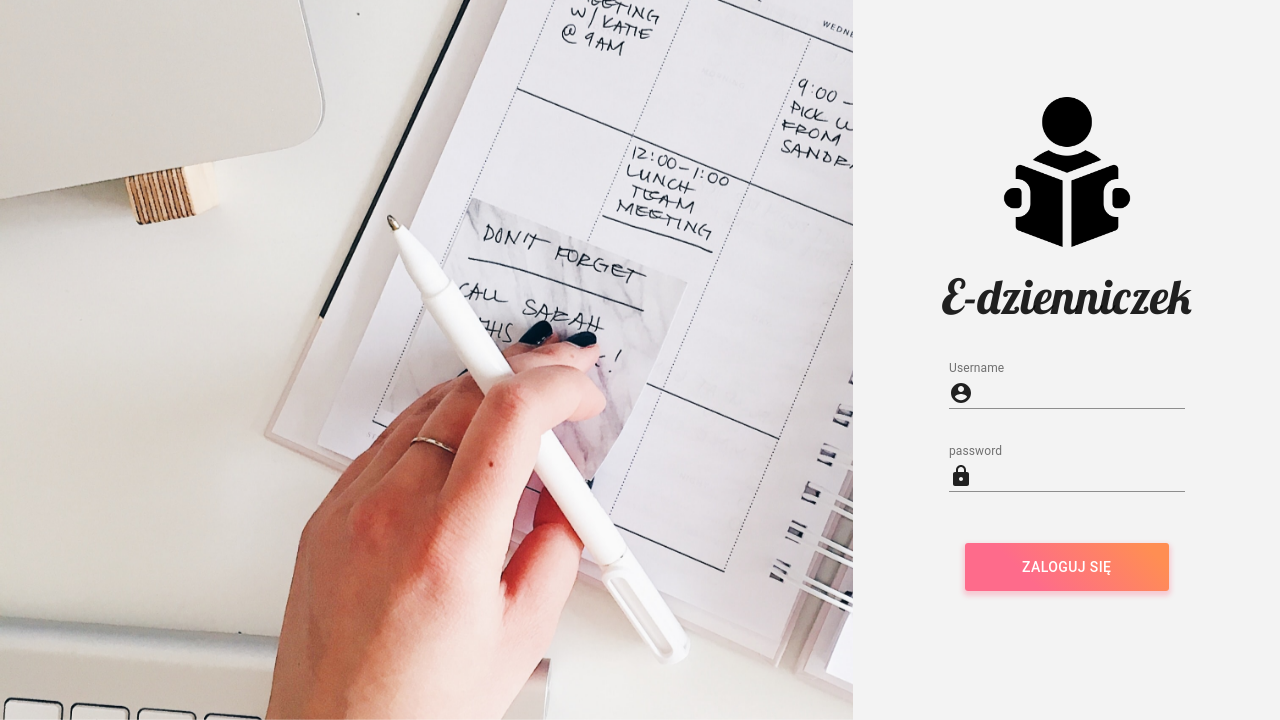
Repository: dominik3131/E-dzienniczek
Page: /
The author's editor kept a copy of each file at every save. The page is drawn from the files as they stood at one save, then again after the next save.
The browser window is 1280 px wide. The pictures show the whole page.
The project was rebuilt for these pictures with package versions that can differ from the ones it lists, and the page was loaded fresh each time. Also part of the build but not shown: src/containers/LoginPageContainer/MainUserPageContainer/index.js.

Above is the page before, as saved 2020-11-23 15:13:29.

### public/index.html
<!DOCTYPE html>
<html lang="en">

<head>
  <meta charset="utf-8" />
  <meta name="viewport" content="width=device-width, initial-scale=1" />
  <meta name="theme-color" content="#f3f3f3" />
  <meta name="description" content="Web site created using create-react-app" />
  <link rel="stylesheet" type="text/css" href="//fonts.googleapis.com/css?family=Lobster" />
  <title>React App</title>
</head>

<body>
  <noscript>You need to enable JavaScript to run this app.</noscript>
  <div id="root"></div>
  <!--
      This HTML file is a template.
      If you open it directly in the browser, you will see an empty page.

      You can add webfonts, meta tags, or analytics to this file.
      The build step will place the bundled scripts into the <body> tag.

      To begin the development, run `npm start` or `yarn start`.
      To create a production bundle, use `npm run build` or `yarn build`.
    -->
</body>

</html>

### src/App.js
import "./App.css";
import {
  BrowserRouter as Router,
  Route,
  Switch,
  Redirect,
} from "react-router-dom";
import LoginPageContainer from "./containers/LoginPageContainer";
import MainUserPageContainer from "./containers/LoginPageContainer/MainUserPageContainer";
import { useUserLoggedIn } from "./services/useUserLoggedIn";
import { history } from "./helpers/history";

function App() {
  const authKey = useUserLoggedIn();
  return (
    <div className="App">
      <Router history={history}>
        <Switch>
          <Route exact path={["/", "/login"]}>
            {authKey ? <Redirect to="/users" /> : <LoginPageContainer />}
          </Route>
          <Route exact path="/users">
            {authKey ? <MainUserPageContainer /> : <Redirect to="/" />}
          </Route>
        </Switch>
      </Router>
    </div>
  );
}

export default App;

### src/App.css
*,
*::before,
*::after {
  box-sizing: border-box;
}

body {
  min-width: 280px;
}

.app {
  min-width: 100vw;
  min-height: 100vh;
  overflow: hidden;
}

### src/containers/LoginPageContainer/index.js
import React from "react";
import {
  MuiThemeProvider,
  createMuiTheme,
  makeStyles,
} from "@material-ui/core/styles";
import { CssBaseline, Grid, Box } from "@material-ui/core";
import useMediaQuery from "@material-ui/core/useMediaQuery";
import Typography from "@material-ui/core/Typography";
import background from "../../assets/background.jpg";
import { loginPanel as backgroundPanelColor } from "../../styles/background";
import readingBook from "../../assets/reading-book.png";
import LoginForm from "../../components/LoginForm/LoginForm";
import withLogin from "../../shared/withLogin";

const LoginFormWithHandleErrorAndLoading = withLogin(LoginForm);

const theme = createMuiTheme({
  overrides: {
    MuiCssBaseline: {
      "@global": {
        body: {
          // background: `url(${background}) no-repeat fixed left `,
        },
      },
    },
  },
});

const useStyles = makeStyles((theme) => ({
  provider: {
    background: `url(${background}) no-repeat fixed left `,
    backgroundSize: `100%`,
  },
  root: {
    display: "flex",
    flexDirection: "column",
    justifyContent: "center",
    alignItems: "center",
    minHeight: "100vh",
    width: "100%",
    backgroundColor: backgroundPanelColor,
  },
  img: {
    [theme.breakpoints.down("sm")]: {
      width: "100px",
    },
    [theme.breakpoints.up("sm")]: {
      width: "150px",
    },
  },
  h2: {
    fontFamily: "Lobster, open-sans",
    margin: "5% 0",
  },
}));

const LoginPageContainer = () => {
  const matches = useMediaQuery("(min-width:600px)");
  const classes = useStyles();
  return (
    <MuiThemeProvider theme={theme}>
      <CssBaseline />
      <Grid container justify="flex-end" className={classes.provider}>
        <Grid container item md={4} sm={6}>
          <Box className={classes.root}>
            <img className={classes.img} src={readingBook} alt="Logo" />
            <Typography variant={matches ? "h3" : "h4"} className={classes.h2}>
              E-dzienniczek
            </Typography>
            <LoginFormWithHandleErrorAndLoading />
          </Box>
        </Grid>
      </Grid>
    </MuiThemeProvider>
  );
};

export default LoginPageContainer;

### src/services/useUserLoggedIn.js
import { useSelector } from "react-redux";

export const useUserLoggedIn = () =>
  useSelector((store) => store.auth.isLoggedIn);

### src/styles/background.js
export const loginPanel = "#f3f3f3";
export const gradientBackground =
  "linear-gradient(45deg, #FE6B8B 30%, #FF8E53 90%)";

### src/components/LoginForm/LoginForm.js
import React, { useState } from "react";
import { useSelector } from "react-redux";
import InputAdornment from "@material-ui/core/InputAdornment";
import AccountCircle from "@material-ui/icons/AccountCircle";
import LockRoundedIcon from "@material-ui/icons/LockRounded";
import { TextField } from "@material-ui/core";
import LogOutButton from "../LogOutButton";
import Alert from "@material-ui/lab/Alert";
import { makeStyles } from "@material-ui/core/styles";

const useStyles = makeStyles((theme) => ({
  root: {
    display: "flex",
    flexDirection: "column",
    "& .MuiFormControl-root": {
      margin: theme.spacing(2),
      width: "30ch",
    },
  },
  margin: {
    margin: theme.spacing(4),
  },
}));

const LoginForm = ({ validateErrors, tryLogin, showErrors }) => {
  const [data, setData] = useState({
    username: "",
    password: "",
  });
  const apiErrorsMessage = useSelector((store) => store.message.message);
  const handleChange = (e) =>
    setData({ ...data, [e.target.name]: e.target.value });
  const classes = useStyles();
  return (
    <form className={classes.root} noValidate autoComplete="off">
      {apiErrorsMessage ? (
        <Alert variant="filled" severity="error">
          {apiErrorsMessage}
        </Alert>
      ) : null}
      <TextField
        id="username"
        name="username"
        helperText={showErrors("email")}
        error={validateErrors.email.length > 0 || null}
        label="Username"
        InputProps={{
          startAdornment: (
            <InputAdornment position="start">
              <AccountCircle />
            </InputAdornment>
          ),
        }}
        onChange={handleChange}
      />
      <TextField
        id="password"
        name="password"
        label="password"
        error={validateErrors.password.length > 0 || null}
        helperText={showErrors("password")}
        InputProps={{
          startAdornment: (
            <InputAdornment position="start">
              <LockRoundedIcon />
            </InputAdornment>
          ),
        }}
        type="password"
        onChange={handleChange}
      />
      <LogOutButton
        variant="contained"
        color="primary"
        className={classes.margin}
        onClick={() => tryLogin({ ...data })}
      >
        Zaloguj się
      </LogOutButton>
    </form>
  );
};

export default LoginForm;

### src/shared/withLogin.js
import { React, useState } from "react";
import { useDispatch } from "react-redux";
import { login } from "../actions/auth";
import { loginFieldsValidate } from "../validation/login";
import { useHistory } from "react-router-dom";
import CircularProgress from "@material-ui/core/CircularProgress";

// eslint-disable-next-line import/no-anonymous-default-export
export default (Cmp) => {
  return (props) => {
    const [loading, setLoading] = useState(false);
    const [errors, setErrors] = useState({
      email: [],
      password: [],
    });
    const history = useHistory();
    const dispatch = useDispatch();

    const logIn = ({ username, password }) => {
      setLoading(true);
      const newErrors = loginFieldsValidate(username, password);
      setErrors(newErrors);
      if (newErrors.email.length === 0 && newErrors.password.length === 0) {
        dispatch(login(username, password))
          .finally(() => setLoading(false))
          .then(() => {
            history.push("/users");
          });
      } else setLoading(false);
    };

    const showErrors = (field) => {
      return (
        errors[field].map((err) => (
          <span key={err}>
            {err}
            <br />
          </span>
        )) || null
      );
    };

    return (
      <>
        {loading ? (
          <CircularProgress />
        ) : (
          <Cmp
            {...props}
            tryLogin={logIn}
            isLoading={loading}
            validateErrors={errors}
            showErrors={showErrors}
          />
        )}
      </>
    );
  };
};

### src/actions/auth.js
import {
  LOGIN_SUCCESS,
  LOGIN_FAIL,
  LOGOUT,
  SET_MESSAGE,
  CLEAR_MESSAGE,
} from "./types";
import AuthService from "../services/auth.service";

export const login = (username, password) => (dispatch) => {
  return AuthService.login(username, password).then(
    (data) => {
      dispatch({
        type: LOGIN_SUCCESS,
        payload: { user: data },
      });
      dispatch({
        type: CLEAR_MESSAGE,
      });
      return Promise.resolve();
    },
    (error) => {
      const message =
        (error.response &&
          error.response.data &&
          error.response.data.message) ||
        error.message ||
        error.toString();

      dispatch({
        type: LOGIN_FAIL,
      });

      dispatch({
        type: SET_MESSAGE,
        payload: message,
      });

      return Promise.reject();
    }
  );
};

export const logout = () => (dispatch) => {
  AuthService.logout();
  dispatch({
    type: LOGOUT,
  });
};

### src/reducers/auth.js
import { LOGIN_SUCCESS, LOGIN_FAIL, LOGOUT } from "../actions/types";

const user = JSON.parse(localStorage.getItem("user"));

const initialState = user
  ? { isLoggedIn: true, user }
  : { isLoggedIn: false, user: null };

// eslint-disable-next-line import/no-anonymous-default-export
export default function (state = initialState, action) {
  const { type, payload } = action;

  switch (type) {
    case LOGIN_SUCCESS:
      return {
        ...state,
        isLoggedIn: true,
        user: payload.user,
      };
    case LOGIN_FAIL:
      return {
        ...state,
        isLoggedIn: false,
        user: null,
      };
    case LOGOUT:
      return {
        ...state,
        isLoggedIn: false,
        user: null,
      };
    default:
      return state;
  }
}

### src/reducers/message.js
import { SET_MESSAGE, CLEAR_MESSAGE } from "../actions/types";

const initialState = {};

// eslint-disable-next-line import/no-anonymous-default-export
export default function (state = initialState, action) {
  const { type, payload } = action;

  switch (type) {
    case SET_MESSAGE:
      return { message: payload };

    case CLEAR_MESSAGE:
      return { message: "" };

    default:
      return state;
  }
}

### src/components/LogOutButton.js
import React from "react";
import PropTypes from "prop-types";
import clsx from "clsx";
import Button from "@material-ui/core/Button";
import { withStyles } from "@material-ui/core/styles";
import { gradientBackground } from "../styles/background";

const styles = {
  root: {
    background: gradientBackground,
    borderRadius: 3,
    border: 0,
    color: "white",
    height: 48,
    padding: "0 30px",
    boxShadow: "0 3px 5px 2px rgba(255, 105, 135, .3)",
  },
};

function LogOutButton(props) {
  const { classes, children, className, ...other } = props;

  return (
    <Button className={clsx(classes.root, className)} {...other}>
      {children || "class names"}
    </Button>
  );
}

LogOutButton.propTypes = {
  children: PropTypes.node,
  classes: PropTypes.object.isRequired,
  className: PropTypes.string,
};

export default withStyles(styles)(LogOutButton);

### src/validation/login.js
import validator from "validator";

export const loginFieldsValidate = (username, password) => {
  let errors = {
    email: [],
    password: [],
  };
  if (validator.isEmpty(username) || !validator.isEmail(username)) {
    errors.email.push("Podaj adres e-mail!");
  }
  if (validator.isEmpty(password)) {
    errors.password.push("Wprowadź hasło!");
  }
  if (password.length < 5) {
    errors.password.push("Hasło musi zawierać conajmniej 5 znaków");
  }
  // debugger;
  return errors;
};

### src/services/auth.service.js
import axios from "axios";
import { loginApiUrl } from "../helpers/routes";

class AuthService {
  async login(username, password) {
    return await axios
      .post(`${loginApiUrl()}`, { username, password })
      .then((response) => {
        if (response.data.key) {
          localStorage.setItem("user", JSON.stringify(response.data));
        }
        return response.data;
      });
  }

  logout() {
    localStorage.removeItem("user");
  }
}

export default new AuthService();

### src/helpers/routes.js
const serverUrl = "https://e-dzienniczek.herokuapp.com";

export const loginApiUrl = () => `${serverUrl}/api/login`;

Loaded but not shown: src/index.js (common file); src/index.css (common file); src/reportWebVitals.js (common file); src/store.js (common file); src/helpers/history.js (common file); src/reducers/index.js (common file); src/actions/types.js (common file)

After the next save:
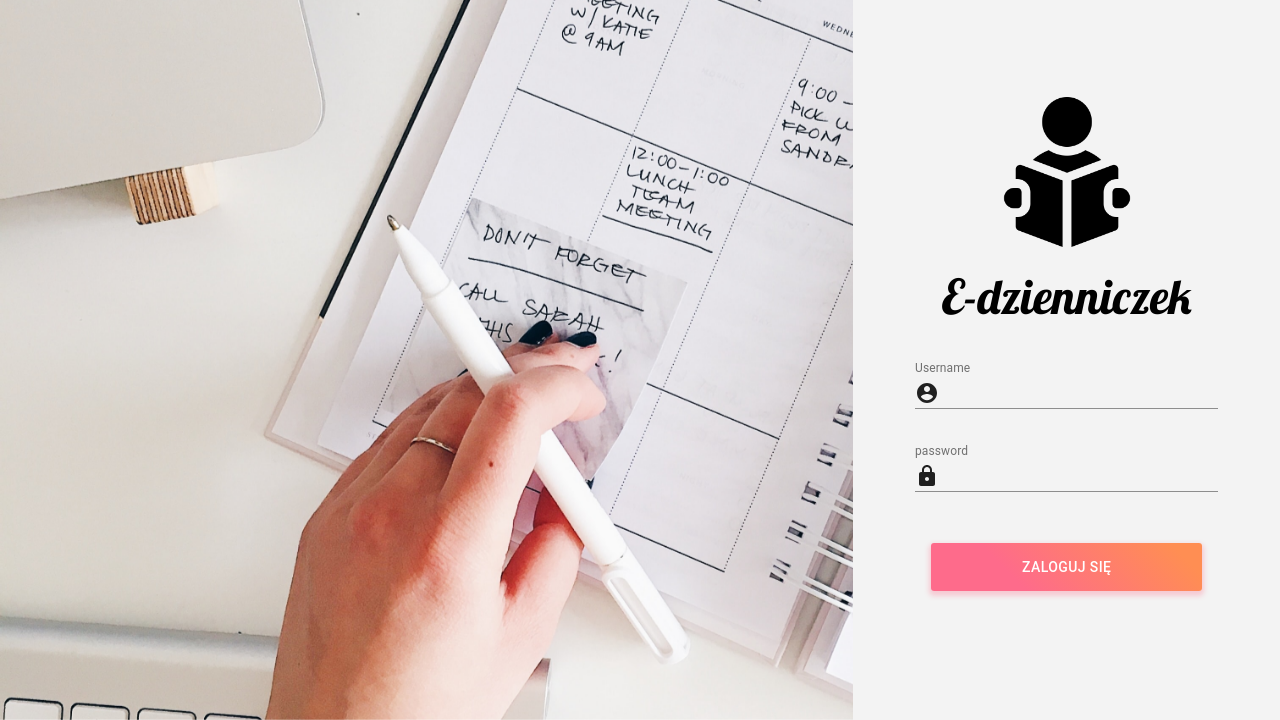
Saved 66 s later.
--- a/src/containers/LoginPageContainer/index.js
+++ b/src/containers/LoginPageContainer/index.js
@@ -15,17 +15,17 @@ import withLogin from "../../shared/withLogin";
 
 const LoginFormWithHandleErrorAndLoading = withLogin(LoginForm);
 
-const theme = createMuiTheme({
-  overrides: {
-    MuiCssBaseline: {
-      "@global": {
-        body: {
-          // background: `url(${background}) no-repeat fixed left `,
-        },
-      },
-    },
-  },
-});
+// const theme = createMuiTheme({
+//   overrides: {
+//     MuiCssBaseline: {
+//       "@global": {
+//         body: {
+//           // background: `url(${background}) no-repeat fixed left `,
+//         },
+//       },
+//     },
+//   },
+// });
 
 const useStyles = makeStyles((theme) => ({
   provider: {
@@ -59,20 +59,20 @@ const LoginPageContainer = () => {
   const matches = useMediaQuery("(min-width:600px)");
   const classes = useStyles();
   return (
-    <MuiThemeProvider theme={theme}>
-      <CssBaseline />
-      <Grid container justify="flex-end" className={classes.provider}>
-        <Grid container item md={4} sm={6}>
-          <Box className={classes.root}>
-            <img className={classes.img} src={readingBook} alt="Logo" />
-            <Typography variant={matches ? "h3" : "h4"} className={classes.h2}>
-              E-dzienniczek
-            </Typography>
-            <LoginFormWithHandleErrorAndLoading />
-          </Box>
-        </Grid>
+    // <MuiThemeProvider theme={theme}>
+    // <CssBaseline />
+    <Grid container justify="flex-end" className={classes.provider}>
+      <Grid container item md={4} sm={6}>
+        <Box className={classes.root}>
+          <img className={classes.img} src={readingBook} alt="Logo" />
+          <Typography variant={matches ? "h3" : "h4"} className={classes.h2}>
+            E-dzienniczek
+          </Typography>
+          <LoginFormWithHandleErrorAndLoading />
+        </Box>
       </Grid>
-    </MuiThemeProvider>
+    </Grid>
+    // </MuiThemeProvider>
   );
 };
 
